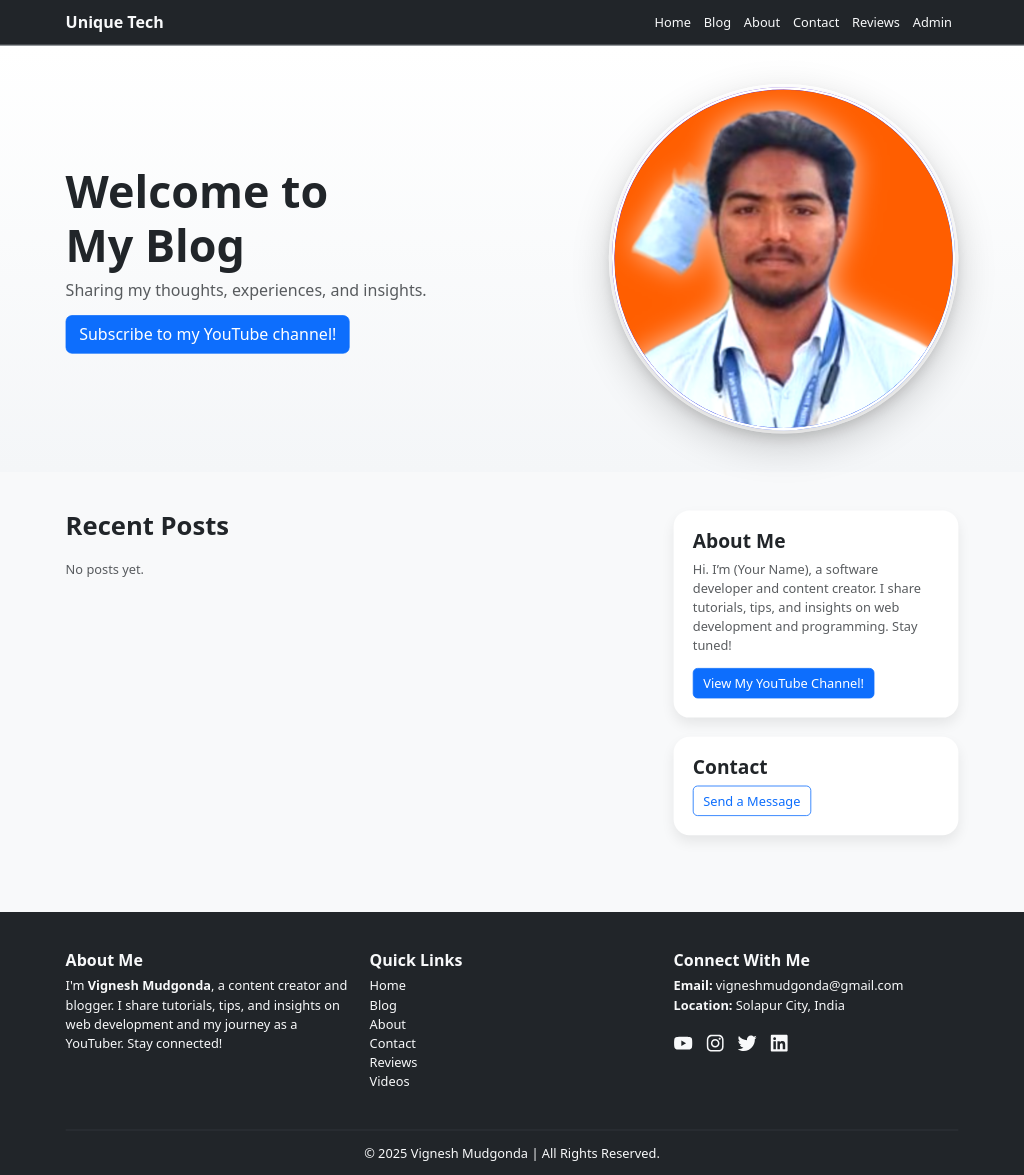
Repository: vigneshmudgonda/Blog2
Page: / (app in blog-frontend-full/)
An editor plug-in stored every save of this project. The page is shown before and after the next save, followed by the edit.
The browser window is 1280 px wide. The pictures show the whole page, at 80% of full size.
The page's requests for data from a server got no answer. The project was rebuilt for these pictures with package versions that can differ from the ones it lists, and the page was loaded fresh each time. No one was signed in, and anything a server would have sent is missing. Also part of the build but not shown: blog-frontend-full/src/pages/BlogList.js, blog-frontend-full/src/pages/BlogDetail.js, blog-frontend-full/src/pages/Reviews.js, blog-frontend-full/src/pages/Contact.js, blog-frontend-full/src/pages/About.js, blog-frontend-full/src/pages/AdminLogin.js, blog-frontend-full/src/pages/AdminDashboard.js, blog-frontend-full/src/pages/YoutubeVideos.js and 2 more.

Above is the page before, as saved 2025-08-22 19:50:22.

After the next save:
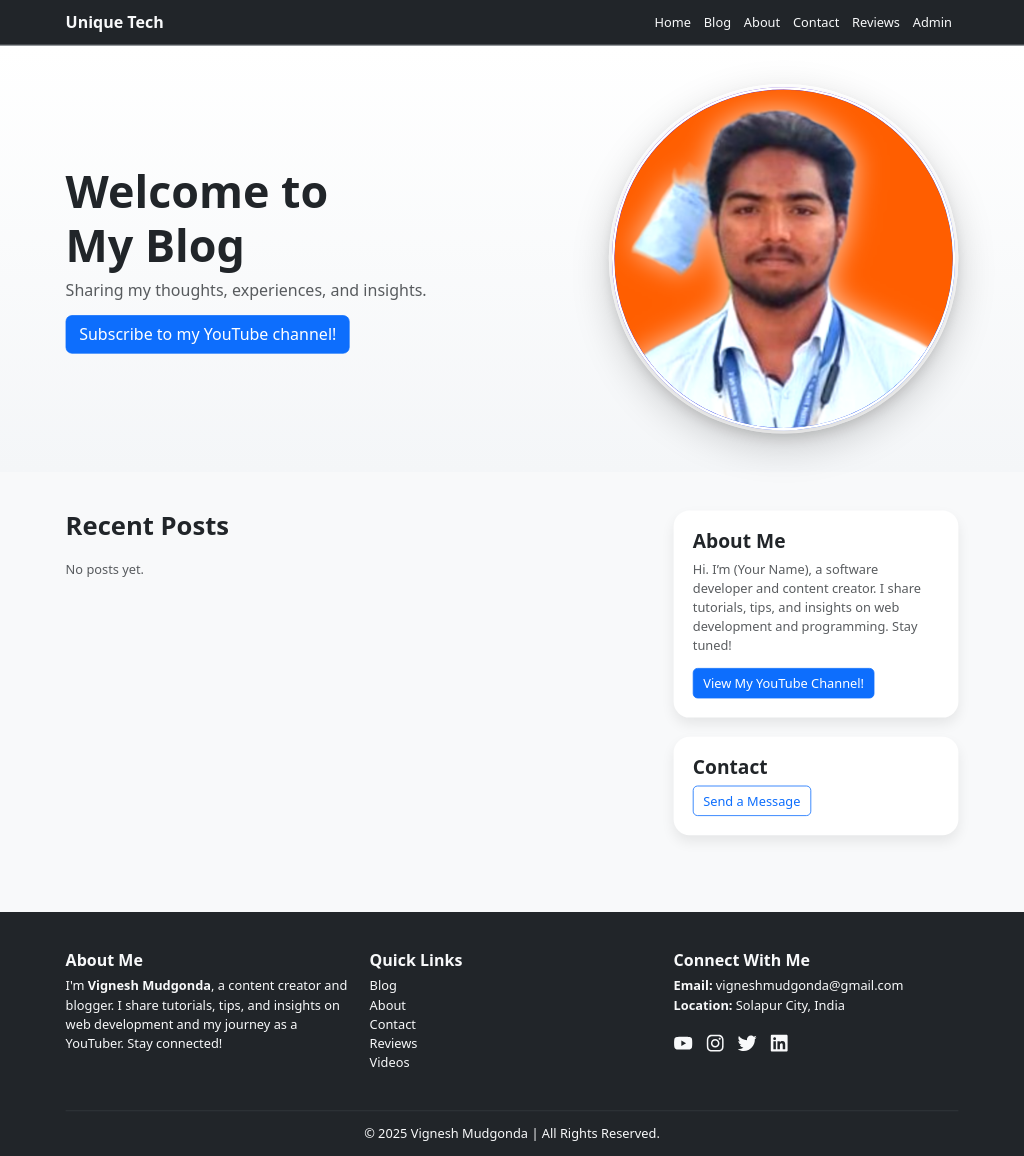
Saved 11 s later.
--- a/blog-frontend-full/src/components/Footer.js
+++ b/blog-frontend-full/src/components/Footer.js
@@ -27,7 +27,7 @@ export default function Footer() {
             <h5 className="fw-bold">Quick Links</h5>
             <ul className="list-unstyled">
 
-              <li><Link to="/" className="text-light text-decoration-none">Home</Link></li>
+
               <li><Link to="/blog" className="text-light text-decoration-none">Blog</Link></li>
               <li><Link to="/about" className="text-light text-decoration-none">About</Link></li>
               <li><Link to="/contact" className="text-light text-decoration-none">Contact</Link></li>
